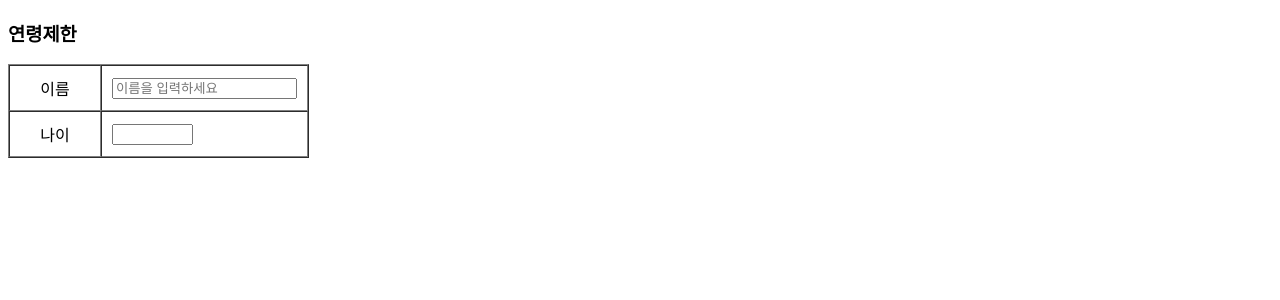
Repository: jihyunah/Java_EE
Page: workspace/testServlet/src/main/webapp/param.html
An editor plug-in stored every save of this project. The page is shown before and after the next save, followed by the edit.
The browser window is 1280 px wide. The pictures show the whole page.

Above is the page before, as saved 2023-02-22 06:11:15.

### workspace/testServlet/src/main/webapp/param.html
<!DOCTYPE html>
<html>
<head>
<meta charset="UTF-8">
<title>Insert title here</title>
</head>
<body>
	<h3>연령제한</h3>

<table border="1" cellpadding="10" cellspacing="0">
	<tr>
		<td width="70" align="center">이름 </td>
		<td><input type="text" name="name" placeholder="이름을 입력하세요 "></td>
	</tr>

	<tr>
		<td align="center">나이 </td>
		<td><input type="text" name="age" size="7" maxlength="3"></td>
	</tr>

	</table>
</body>
</html>

After the next save:
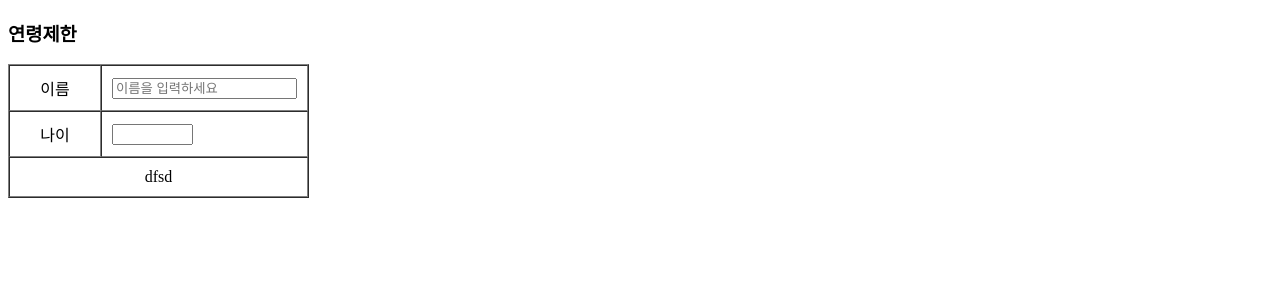
Saved 82 s later.
--- a/workspace/testServlet/src/main/webapp/param.html
+++ b/workspace/testServlet/src/main/webapp/param.html
@@ -18,6 +18,10 @@
 		<td><input type="text" name="age" size="7" maxlength="3"></td>
 	</tr>
 
+	<tr>
+		<td colspan="2" align="center">dfsd </td>
+	</tr>
+
 	</table>
 </body>
 </html>
